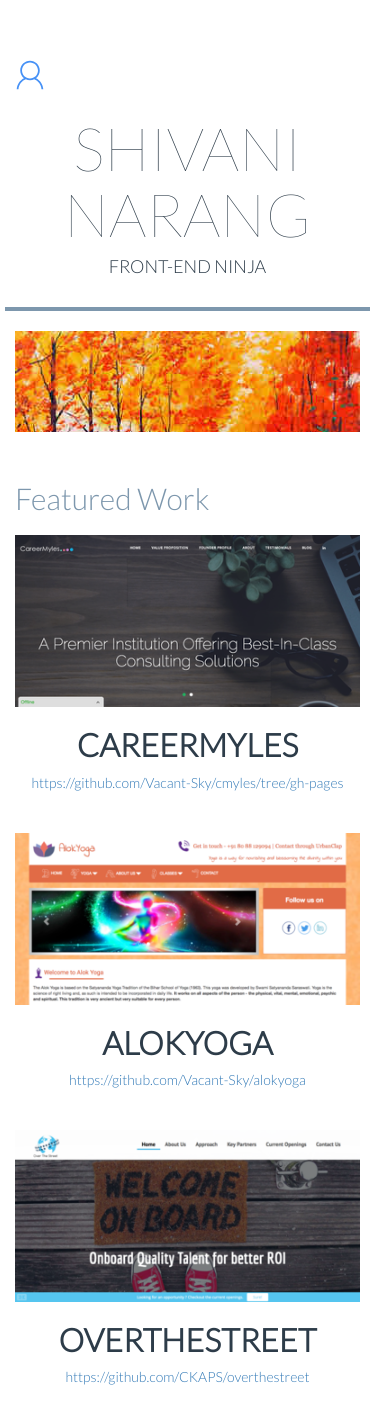
Repository: shivanisnarang/portfolio_shivani
Page: index.html
The author's editor kept a record of every edit. The page is drawn from the files as they stood at one moment, then again after the next edit.
The browser window is 375 px wide. The pictures show the whole page.

Above is the page before.

### index.html
<!DOCTYPE html>
<html lang="en">
    <head>
        <meta charset="utf-8">
        <meta http-equiv="X-UA-Compatible" content="IE=edge">
        <meta name="viewport" content="width=device-width, initial-scale=1">
        <title>Shivani Portfolio</title>
        <link rel="icon" href="images/avatar.png">
        <link href="https://fonts.googleapis.com/css?family=Lato:100,300" rel="stylesheet">
        <link rel="stylesheet" href="https://maxcdn.bootstrapcdn.com/bootstrap/3.3.1/css/bootstrap.min.css">
        <link rel="stylesheet" href="css/style.css">
        <link rel="stylesheet" media="screen and (max-width: 600px)" href="css/narrow.css">
    </head>
    <body>
    	<div class="container">
            <header class="row">
    			<div class="col-md-6">
    				<svg class="svg-icon" viewBox="0 0 20 20">
                        <path fill="none" d="M14.023,12.154c1.514-1.192,2.488-3.038,2.488-5.114c0-3.597-2.914-6.512-6.512-6.512
                            c-3.597,0-6.512,2.916-6.512,6.512c0,2.076,0.975,3.922,2.489,5.114c-2.714,1.385-4.625,4.117-4.836,7.318h1.186
                            c0.229-2.998,2.177-5.512,4.86-6.566c0.853,0.41,1.804,0.646,2.813,0.646c1.01,0,1.961-0.236,2.812-0.646
                            c2.684,1.055,4.633,3.568,4.859,6.566h1.188C18.648,16.271,16.736,13.539,14.023,12.154z M10,12.367
                            c-2.943,0-5.328-2.385-5.328-5.327c0-2.943,2.385-5.328,5.328-5.328c2.943,0,5.328,2.385,5.328,5.328
                            C15.328,9.982,12.943,12.367,10,12.367z"></path>
                    </svg>
    			</div>
    			<div class="first col-md-6 text-right text-uppercase">
    				<h1 class="text-thin">Shivani Narang</h1>
    				<h4>Front-end Ninja</h4>
    			</div>
        	</header>
        	<div class="row">
        		<hr class="horizontal-line">
        	</div><!--end of horizontal-line row-->
            <div class="main">
            	<div class="row">
            		<div class="text-center col-md-12">
                        <picture>
                          <source media="(min-width: 750px)" srcset="dist/images/bg-2280_large_2x.jpg 2x, dist/images/bg-1140_large_1x.jpg 1x"/>
                          <source media="(min-width: 500px)" srcset="dist/images/bg-medium_medium.jpg"/>
                          <img src="dist/images/bg-small_small.jpg" alt="banner image">
                        </picture>
            		</div>
            	</div><!--end of background image row-->
            	<div class="row">
            		<div class="col-md-12">
            			<h2 class="text-grey">Featured Work</h2>
            		</div>
            	</div><!--end of featured work row-->
            	<div class="second row text-center">
            		<article class="col-md-4">
                        <picture class="project">
                          <source media="(min-width: 750px)" srcset="dist/images/careermyles-720_large_2x.png 2x, dist/images/careermyles-360_large_1x.png 1x"/>
                          <source media="(min-width: 500px)" srcset="dist/images/careermyles-medium_medium.png"/>
                          <img src="dist/images/careermyles-small_small.png" alt="careermyles image">
                        </picture>
            			<h3 class="text-uppercase"><b>careermyles</b></h3>
            			<p><a href="https://github.com/Vacant-Sky/cmyles/tree/gh-pages" target="_blank">https://github.com/Vacant-Sky/cmyles/tree/gh-pages</a></p>
            		</article>
            		<article class="col-md-4">
                        <picture>
                          <source media="(min-width: 750px)" srcset="dist/images/yoga-720_large_2x.png 2x, dist/images/yoga-360_large_1x.png 1x"/>
                          <source media="(min-width: 500px)" srcset="dist/images/yoga-medium_medium.png"/>
                          <img src="dist/images/yoga-small_small.png" alt="yoga image">
                        </picture>
            			<h3 class="text-uppercase"><b>alokyoga</b></h3>
            			<p><a href="https://github.com/Vacant-Sky/alokyoga" target="_blank">https://github.com/Vacant-Sky/alokyoga</a></p>
            		</article>
            		<article class="col-md-4">
            			<picture>
                          <source media="(min-width: 750px)" srcset="dist/images/overthestreet-720_large_2x.png 2x, dist/images/overthestreet-360_large_1x.png 1x"/>
                          <source media="(min-width: 500px)" srcset="dist/images/overthestreet-medium_medium.png"/>
                          <img src="dist/images/overthestreet-small_small.png" alt="overthestreet image">
                        </picture>
            			<h3 class="text-uppercase"><b>overthestreet</b></h3>
            			<p><a href="https://github.com/CKAPS/overthestreet" target="_blank">https://github.com/CKAPS/overthestreet</a></p>
            		</article>
            	</div><!--end of work display row-->
            </div><!--end of main div-->
        </div><!--end of container div-->
    </body>
</html>

### css/style.css
body {
	font-family: 'Lato', sans-serif;
	color: #2d3c49;
	font-weight: 300;
}

header {
	margin-top: 30px;
}

h3 {
	font-size: 32px;
}

img {
	max-width: 100%;
	height: auto;
}

.text-thin {
	font-weight: 100;
	font-size: 60px;
}

.text-grey {
	margin-top: 50px;
	color: #7d97ad;
	margin-bottom: 20px;
}

.horizontal-line {
	border-width: 4px;
	border-color: #7d97ad;
	width: 97.5%;
}

.svg-icon {
       width: 8vw;
       height: 8vw;
       margin-top: 30px;
}

.svg-icon path,
.svg-icon polygon,
.svg-icon rect {
      fill: #4691f6;
}

.svg-icon circle {
  stroke: #4691f6;
      stroke-width: 1%;
}

### css/narrow.css
@media screen and (max-width: 600px)  {
	.first {
         text-align: center;
	}

	article {
		margin-bottom: 40px;
	}

}

After the next edit:
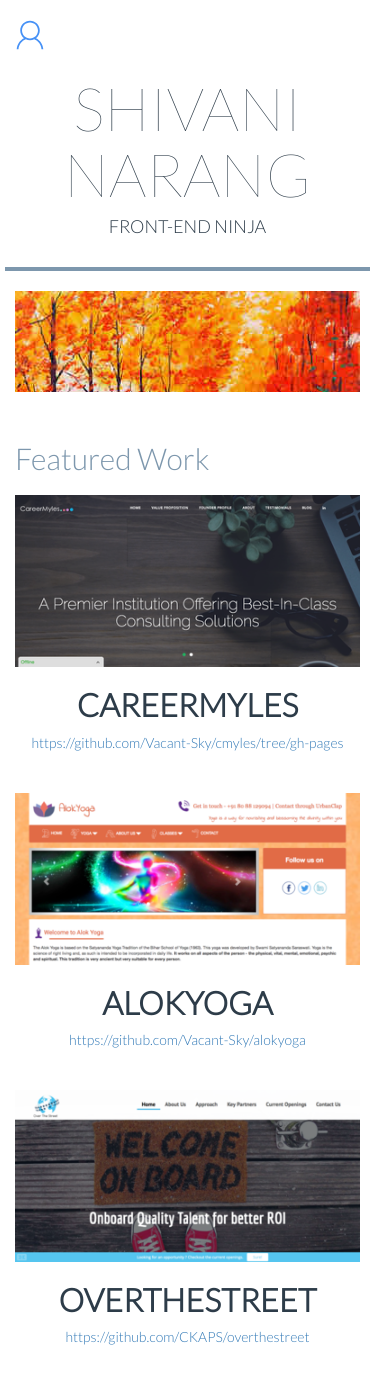
The edit:
--- a/css/narrow.css
+++ b/css/narrow.css
@@ -4,7 +4,11 @@
 	}
 
 	article {
-		margin-bottom: 40px;
+	     margin-bottom: 40px;
+	}
+
+	header {
+	    margin-top: -10px;
 	}
 
 }
